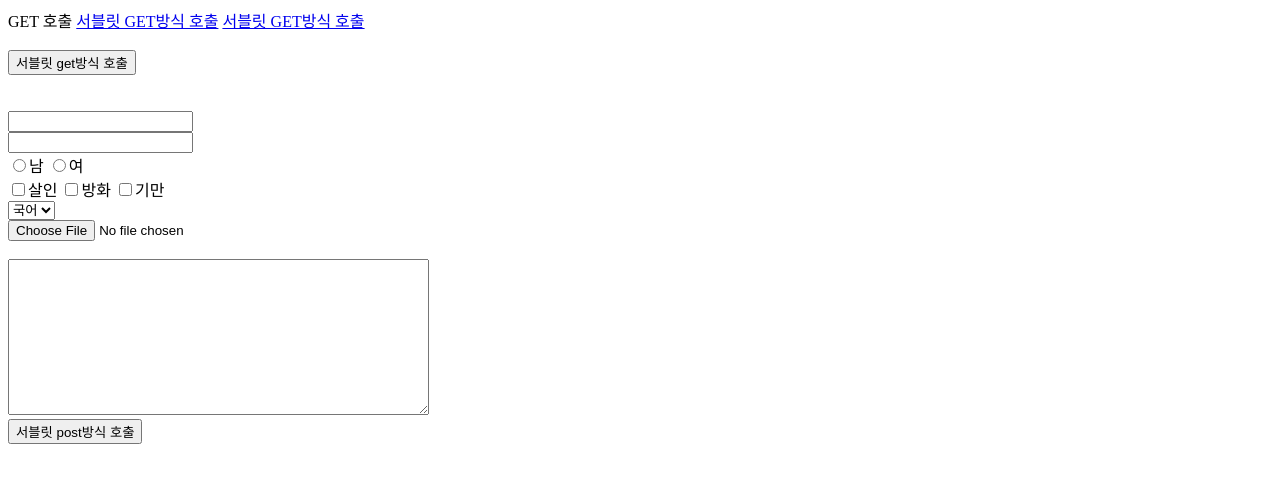
Repository: Won-Hyuk-Lee/kosta_java
Page: http://localhost/web_prj/Practice_Servlet_Call.jsp
The author's editor kept a copy of each file at every save. The page is drawn from the files as they stood at one save, then again after the next save.
The browser window is 1280 px wide. The pictures show the whole page.
The page is served by Tomcat 9. Nobody is signed in. The application's start-up code is not run.

Above is the page before, as saved 2024-05-21 07:59:56.

After the next save:
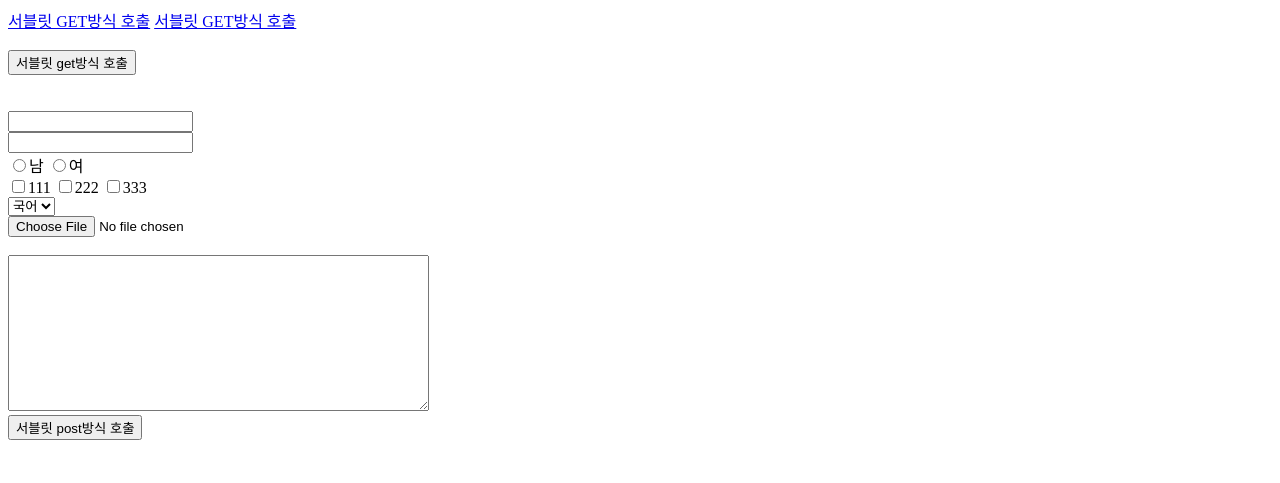
Saved 76 s later.
--- a/web_prj/src/main/webapp/Practice_Servlet_Call.jsp
+++ b/web_prj/src/main/webapp/Practice_Servlet_Call.jsp
@@ -7,7 +7,6 @@
 <title>Insert title here</title>
 </head>
 <body>
-GET 호출
 <a href="http://localhost:8081/board_servlet_url">서블릿 GET방식 호출</a>
 <a href="/board_servlet_url">서블릿 GET방식 호출</a><br><br>
 
@@ -20,9 +19,9 @@ GET 호출
 	<input name = "userpwd" type = "password"><br>
 	<input name = "gender" type = "radio" value = 'm'>남
 	<input name = "gender" type = "radio" value = 'f'>여<br>
-	<input name = "habit" type = "checkbox" value = "kill">살인
-	<input name = "habit" type = "checkbox" value = "fire">방화
-	<input name = "habit" type = "checkbox" value = "decoy">기만<br>
+	<input name = "habit" type = "checkbox" value = "111">111
+	<input name = "habit" type = "checkbox" value = "222">222
+	<input name = "habit" type = "checkbox" value = "333">333<br>
 
 	<select name = "subject">
 		<option value = "korean">국어</option>
@@ -35,7 +34,8 @@ GET 호출
 	<input type = "hidden" name = "secret" value = "12345"><br>
 
 	<textarea name = "contents" rows="10" cols="50"></textarea><br>
-	<input type = "submit" value = "서블릿 post방식 호출">
+	<input type = "submit" value = "서블릿 post방식 호출"><br>
+
 </form><br><br>
 </body>
 </html>
